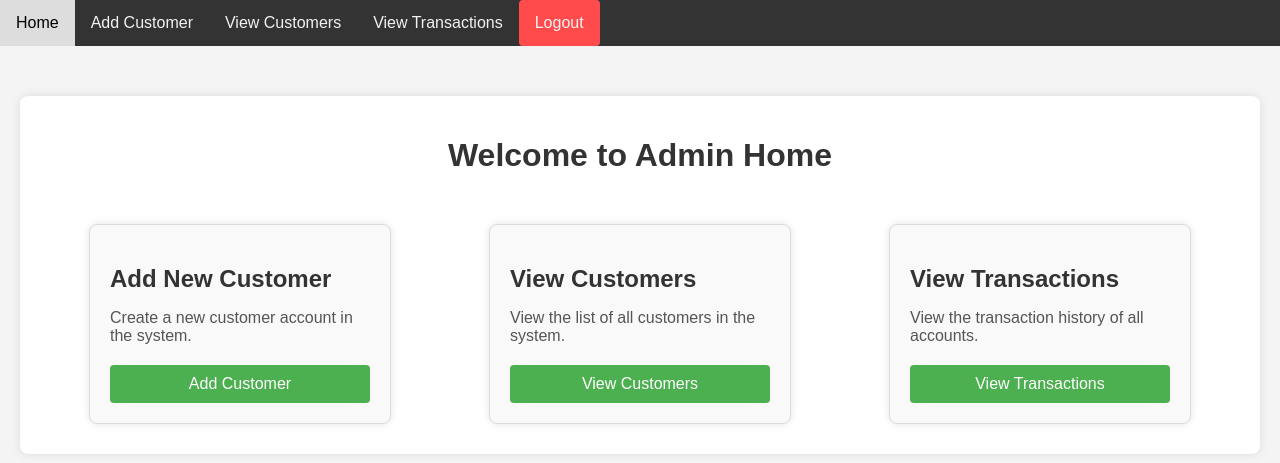
Repository: SuyashAwasthy/Javaee
Page: http://localhost/13-bank-application-mvc/admin
These files come from the project's save history. The page is drawn as it stood at one moment and after the next save; the edit follows.
The browser window is 1280 px wide. The pictures show the whole page.
The page is served by Tomcat 9. The session is filled in as if someone had signed in: {"username": "testuser", "role": "Admin"}. Queries for data that is not in the repository find no rows.

Above is the page before, as saved 2024-07-22 10:38:43.

After the next save:
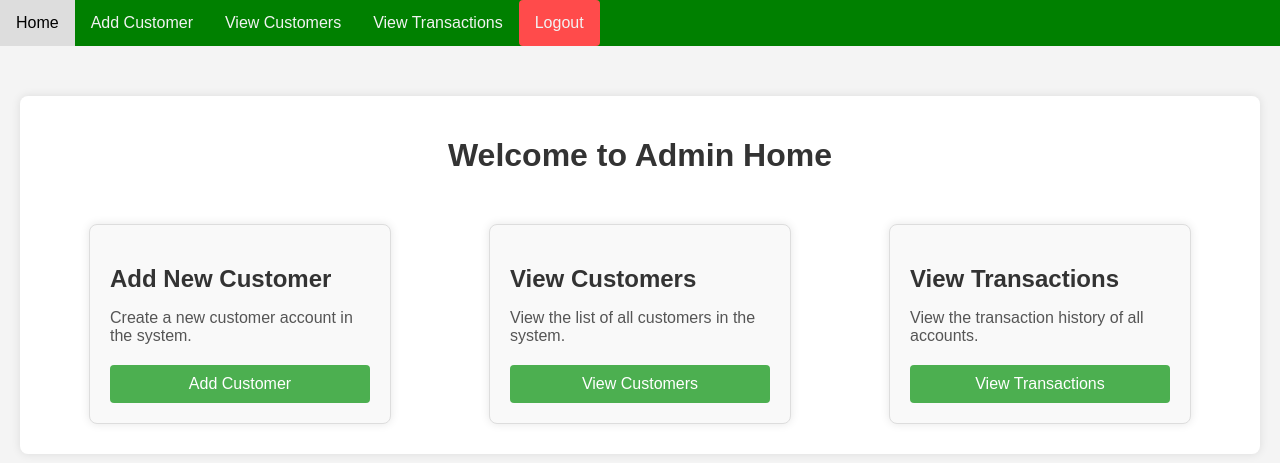
Saved 48 s later.
--- a/13-bank-application-mvc/WebContent/css/adminHome.css
+++ b/13-bank-application-mvc/WebContent/css/adminHome.css
@@ -6,7 +6,7 @@ body {
 }
 
 .navbar {
-    background-color: #333;
+    background-color: green;
     overflow: hidden;
 }
 
